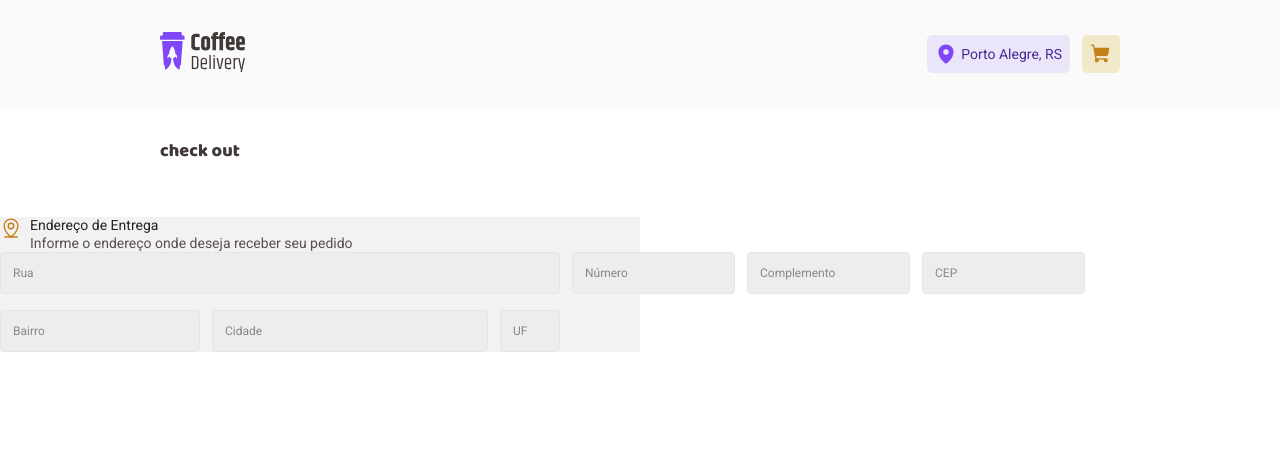
Repository: caueenrico/CoffeDelivery
Page: /checkout
These files come from the project's save history. The page is drawn as it stood at one moment and after the next save; the edit follows.
The browser window is 1280 px wide. The pictures show the whole page.
The project was rebuilt for these pictures with package versions that can differ from the ones it lists, and the page was loaded fresh each time. Also part of the build but not shown: vite.config.ts, src/components/CoffesOptions/styled.ts, src/components/CoffeCards/styles.ts, src/components/IpuntNumber/styles.ts, src/components/IpuntNumber/index.tsx, src/components/CartOfCard/styles.ts, src/components/CartOfCard/index.tsx, src/utils/formatMoney.ts and 4 more.

Above is the page before, as saved 2022-09-22 15:16:40.

After the next save:
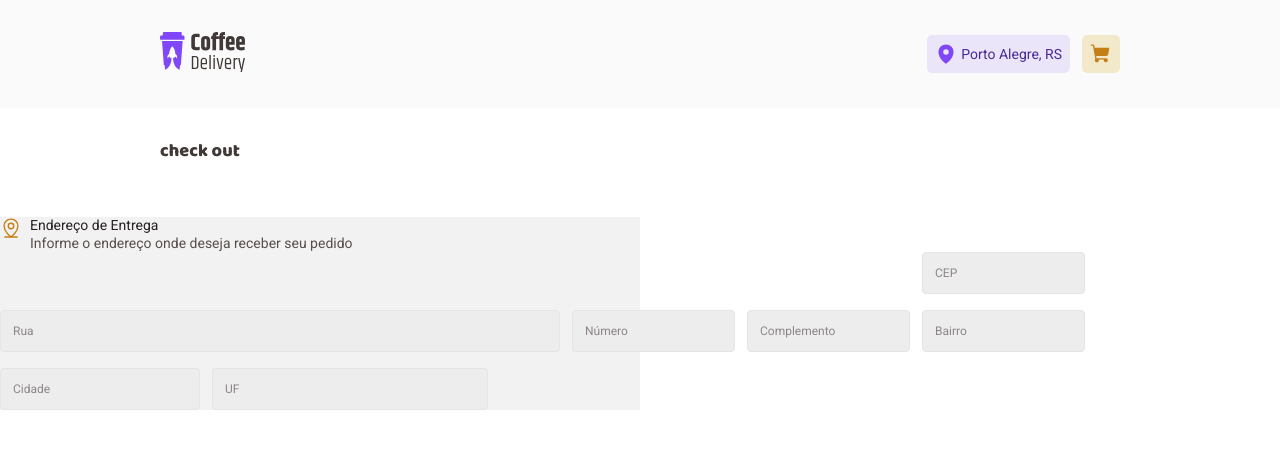
Saved 5 s later.
--- a/src/pages/CheckOut/styles.ts
+++ b/src/pages/CheckOut/styles.ts
@@ -14,7 +14,7 @@
   grid-template-columns: 12.5rem 17.25rem 3.75rem;
   column-gap: 0.75rem;
   row-gap: 1rem;
-  grid-auto-flow: dense;
+
 
   .cep{
     grid-column: spam 3;

After the save that followed:
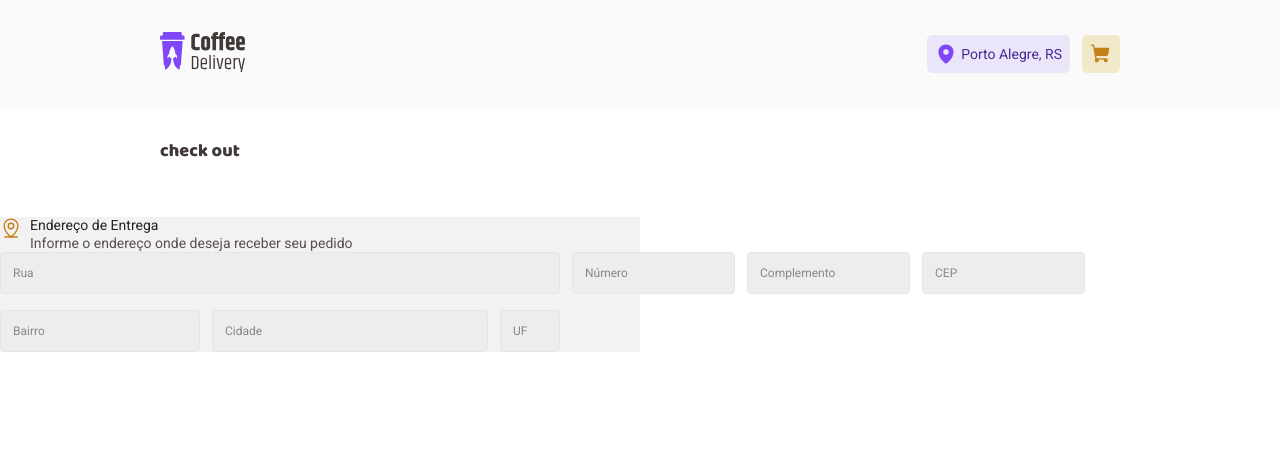
Saved 9 s later.
--- a/src/pages/CheckOut/styles.ts
+++ b/src/pages/CheckOut/styles.ts
@@ -14,7 +14,7 @@
   grid-template-columns: 12.5rem 17.25rem 3.75rem;
   column-gap: 0.75rem;
   row-gap: 1rem;
-
+  grid-auto-flow: dense;
 
   .cep{
     grid-column: spam 3;
